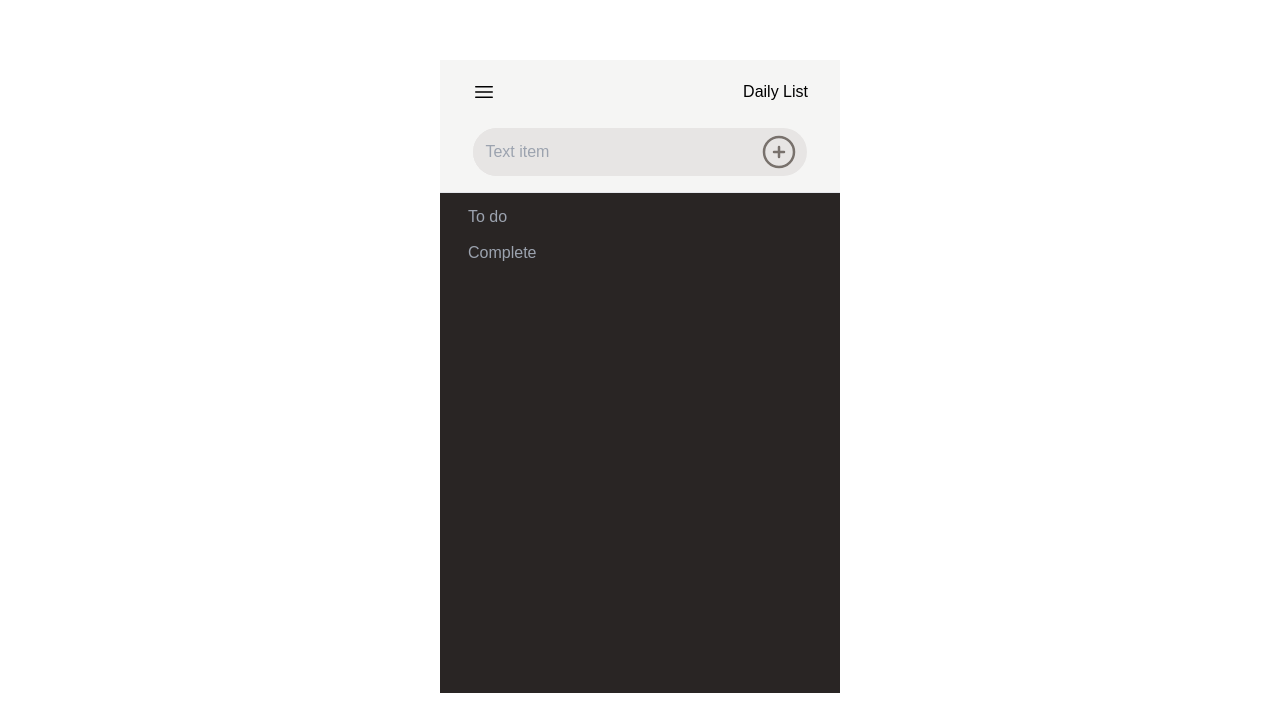
Repository: hsumyatm7308/TodolistbyPHP
Page: http://localhost/
The author's editor kept a copy of each file at every save. The page is drawn from the files as they stood at one save, then again after the next save.
The browser window is 1280 px wide. The pictures show the whole page.
Some web libraries are served in a nearby version. The page is run by PHP 8.4 with error messages shown; the project is at /var/www/html/. Queries for data that is not in the repository find no rows.

Above is the page before, as saved 2023-07-09 23:44:47.

### index.php
<!DOCTYPE html>
<html lang="en">

<head>
    <meta charset="UTF-8">
    <meta name="viewport" content="width=device-width, initial-scale=1.0">
    <title>To Do List</title>
    <link rel="stylesheet" href="https://cdnjs.cloudflare.com/ajax/libs/font-awesome/6.4.0/css/all.min.css">
    <script src="https://cdn.tailwindcss.com"></script>

    <style>
        * {
            font-family: sans-serif;
        }

        .scrollbar-hide::-webkit-scrollbar{
            display: none;
        }

    </style>

</head>

<body>
    <div class="w-screen h-screen container flex justify-center items-center">
        <div class="w-[400px] h-[600px] bg-stone-100">
            <!-- header nav  -->
            <div class="w-full h-14 flex justify-between items-center p-8">
                <div>
                    <svg xmlns="http://www.w3.org/2000/svg" fill="none" viewBox="0 0 24 24" stroke-width="1.5"
                        stroke="currentColor" class="w-6 h-6">
                        <path stroke-linecap="round" stroke-linejoin="round"
                            d="M3.75 6.75h16.5M3.75 12h16.5m-16.5 5.25h16.5" />
                    </svg>

                </div>
                <div>
                    <h4> Daily List</h4>
                </div>
            </div>

            <?php

            include("create.php");

            ?>

            <div class="w-full h-[500px] bg-stone-800 overflow-y-scroll scrollbar-hide">

                <?php

                include("updatetodo.php");
                include("complete.php");

                ?>
            </div>







        </div>
    </div>
</body>

</html>

### create.php
<?php
session_start();
ini_set('display_errors', 1);

require_once("database.php");

if ($_SERVER['REQUEST_METHOD'] === 'POST') {
    global $conn;

    $getdata = $_POST['textbox'];


    try {
        $stmt = $conn->prepare("INSERT INTO todolist (task) VALUES ( :task)");


        $task = $getdata;




        if (empty($task)) {
            echo "";
        } else {
            $stmt->bindParam(':task', $task);
            $stmt->execute();
        }

    } catch (Exception $e) {
        echo "Error Found: " . $e->getMessage();
    }
}


?>





<!-- to do form  -->
<form action="" method="post" enctype="multipart/form-data">


    <div class="w-full h-auto flex justify-center items-center p-1">
        <div class="w-[85%] h-auto bg-stone-200 flex justify-between items-center rounded-3xl">
            <input type="text" name="textbox"
                class="w-[85%] bg-stone-200 rounded-tl-3xl rounded-bl-3xl p-3 focus:outline-none"
                placeholder="Text item">

            <button type="submit" name="submit" class="">
                <svg xmlns="http://www.w3.org/2000/svg" fill="none" viewBox="0 0 24 24" stroke-width="1.5"
                    stroke="currentColor" class="w-10 h-10 mr-2 text-stone-500 hover:text-stone-600">
                    <path stroke-linecap="round" stroke-linejoin="round"
                        d="M12 9v6m3-3H9m12 0a9 9 0 11-18 0 9 9 0 0118 0z" />
                </svg>
            </button>
        </div>

    </div>
    <hr class="mt-3">
</form>

### database.php
<?php

$dbhost = 'localhost';
$dbuser = 'root';
$dbpass = '';
$dbname = 'hmmdb';


try{

    $conn = new PDO("mysql:host=$dbhost;dbname=$dbname", $dbuser, $dbpass);
    $conn->setAttribute(PDO::ATTR_ERRMODE, PDO::ERRMODE_EXCEPTION);

    // echo "Connection successful";


}catch(Exception $e){
    "Error Found:".$e->getMessage();
}




?>

### updatetodo.php
<?php

// session_start();
ini_set('display_errors', 1);

require_once("database.php");
require_once("create.php");

try {

    global $conn;

    $stmt = $conn->prepare("SELECT id,task FROM todolist");
    $stmt->execute();




} catch (Exception $e) {
    "Found Error : " . $e->getMessage();
}




?>








<!-- update to do  -->
<form action="" method="post" class="mt-3" enctype="multipart/form-data">
    <h3 class="text-gray-400 ml-7 mb-1">To do</h3>


    <?php while ($row = $stmt->fetch()): ?>

        <div name="taskitems" class="w-full h-auto flex justify-center items-center p-1">


            <div class="w-[85%] h-auto bg-stone-200 flex justify-between items-center p-3">
                <span>
                    <button  type="submit" name="completeid" value="<?php echo $row["id"] ?>" >
                    <i class="fa-regular fa-circle-check"></i>
                    </button>
                    <span class="ml-1">
                        <?php echo $row['task'] ?>
                    </span>
                </span>

                <div >
                    <svg xmlns="http://www.w3.org/2000/svg" fill="none" viewBox="0 0 24 24" stroke-width="1.5"
                        stroke="currentColor" class="w-6 h-6">
                        <path stroke-linecap="round" stroke-linejoin="round"
                            d="M16.862 4.487l1.687-1.688a1.875 1.875 0 112.652 2.652L10.582 16.07a4.5 4.5 0 01-1.897 1.13L6 18l.8-2.685a4.5 4.5 0 011.13-1.897l8.932-8.931zm0 0L19.5 7.125M18 14v4.75A2.25 2.25 0 0115.75 21H5.25A2.25 2.25 0 013 18.75V8.25A2.25 2.25 0 015.25 6H10" />
                    </svg>
                </div>
            </div>



        </div>

    <?php endwhile; ?>







</form>

### complete.php
<?php
// session_start();
ini_set('display_errors', 1);

require_once("database.php");
require_once("updatetodo.php");

if ($_SERVER["REQUEST_METHOD"] === "POST") {


        $completeid = $_POST['completeid'];
        // $row = $stmt->fetch();
        echo $completeid;

        try {
            global $conn;

            $stmt = $conn->prepare("SELECT id, task FROM todolist WHERE id = :completei");
            $stmt->bindParam(':completeid', $completeid);
            $stmt->execute();

        } catch (Exception $e) {
            echo "Found Error: " . $e->getMessage();
        }

}
?>

<!-- complete work -->
<form action="" method="post" class="mt-3" enctype="multipart/form-data">
    <h3 class="text-gray-400 ml-7 mb-1">Complete</h3>

    <?php while ($completeid = $stmt->fetch()): ?>

            <div class="w-full h-auto flex justify-center items-center p-1">
                <div class="w-[85%] h-auto bg-stone-200 flex justify-between items-center p-3">
                    <span>
                        <i class="fa-solid fa-circle-check text-green-600"></i>
                        <span class="ml-1">
                            <?php echo $completeid['task']; ?>
                        </span>
                    </span>
                    <div>
                        <svg xmlns="http://www.w3.org/2000/svg" fill="none" viewBox="0 0 24 24" stroke-width="1.5"
                            stroke="currentColor" class="w-6 h-6">
                            <path stroke-linecap="round" stroke-linejoin="round"
                                d="M14.74 9l-.346 9m-4.788 0L9.26 9m9.968-3.21c.342.052.682.107 1.022.166m-1.022-.165L18.16 19.673a2.25 2.25 0 01-2.244 2.077H8.084a2.25 2.25 0 01-2.244-2.077L4.772 5.79m14.456 0a48.108 48.108 0 00-3.478-.397m-12 .562c.34-.059.68-.114 1.022-.165m0 0a48.11 48.11 0 013.478-.397m7.5 0v-.916c0-1.18-.91-2.164-2.09-2.201a51.964 51.964 0 00-3.32 0c-1.18.037-2.09 1.022-2.09 2.201v.916m7.5 0a48.667 48.667 0 00-7.5 0" />
                        </svg>
                    </div>
                </div>
            </div>

    <?php endwhile; ?>









</form>

After the next save:
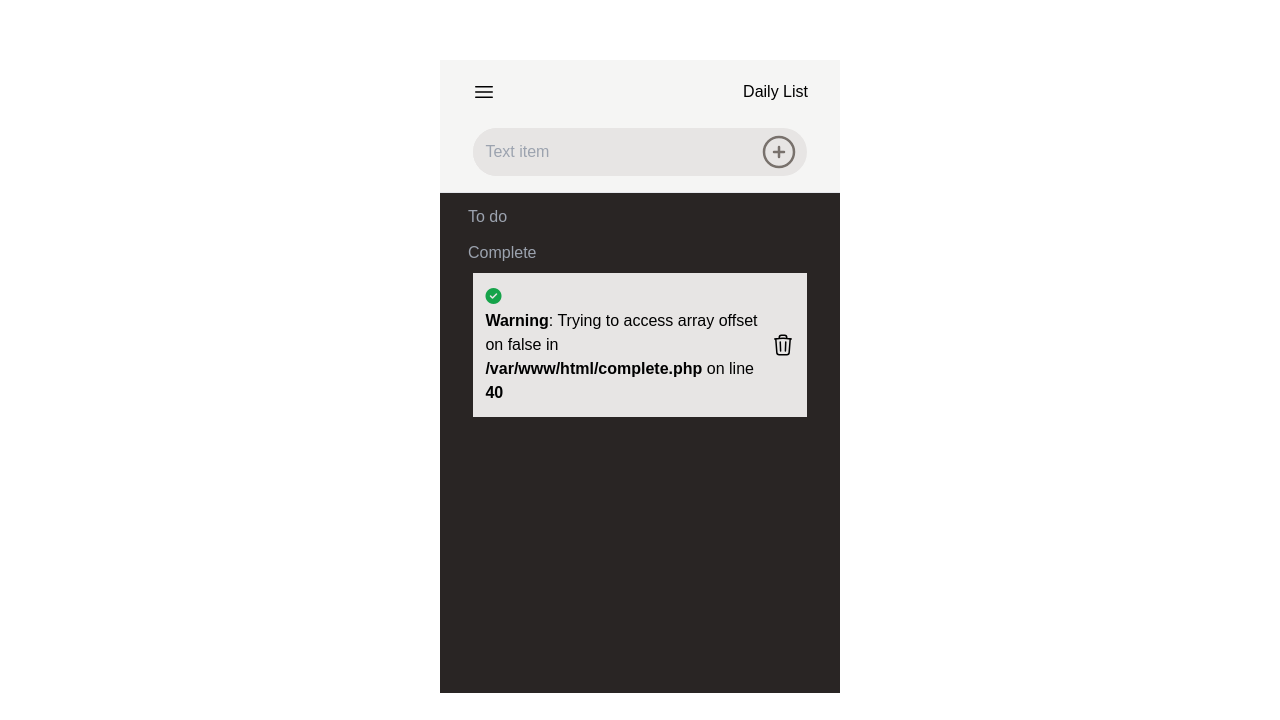
Saved 41 s later.
--- a/complete.php
+++ b/complete.php
@@ -30,14 +30,14 @@ if ($_SERVER["REQUEST_METHOD"] === "POST") {
 <form action="" method="post" class="mt-3" enctype="multipart/form-data">
     <h3 class="text-gray-400 ml-7 mb-1">Complete</h3>
 
-    <?php while ($completeid = $stmt->fetch()): ?>
+
 
             <div class="w-full h-auto flex justify-center items-center p-1">
                 <div class="w-[85%] h-auto bg-stone-200 flex justify-between items-center p-3">
                     <span>
                         <i class="fa-solid fa-circle-check text-green-600"></i>
                         <span class="ml-1">
-                            <?php echo $completeid['task']; ?>
+                            <?php echo $row['task']; ?>
                         </span>
                     </span>
                     <div>
@@ -50,7 +50,6 @@ if ($_SERVER["REQUEST_METHOD"] === "POST") {
                 </div>
             </div>
 
-    <?php endwhile; ?>
 
 
 
